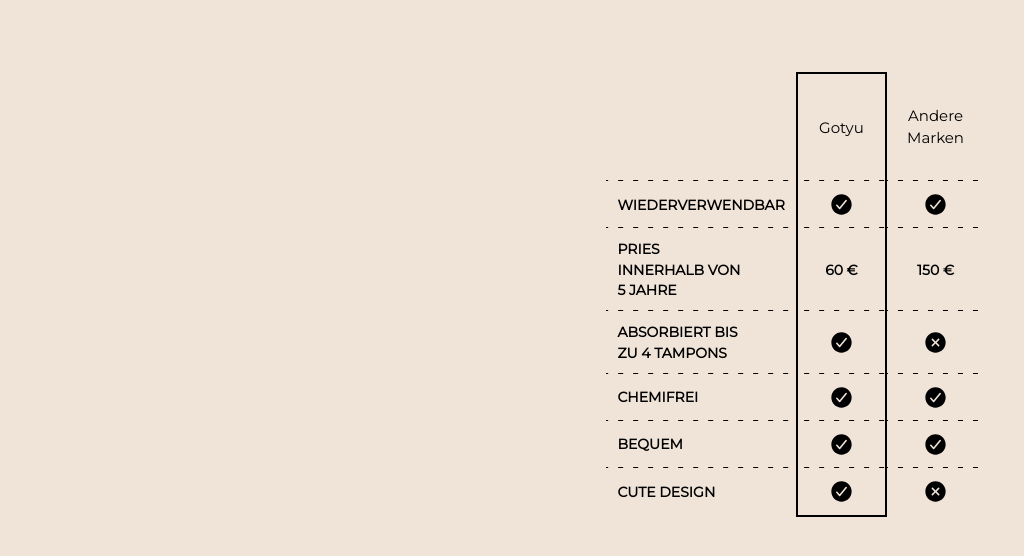
Repository: darlino/gotyu_shopify_section
Page: gotyu_table210223/index.html
The author's editor kept a copy of each file at every save. The page is drawn from the files as they stood at one save, then again after the next save.
The browser window is 1024 px wide. The pictures show the whole page.

Above is the page before, as saved 2023-02-21 16:26:48.

After the next save:
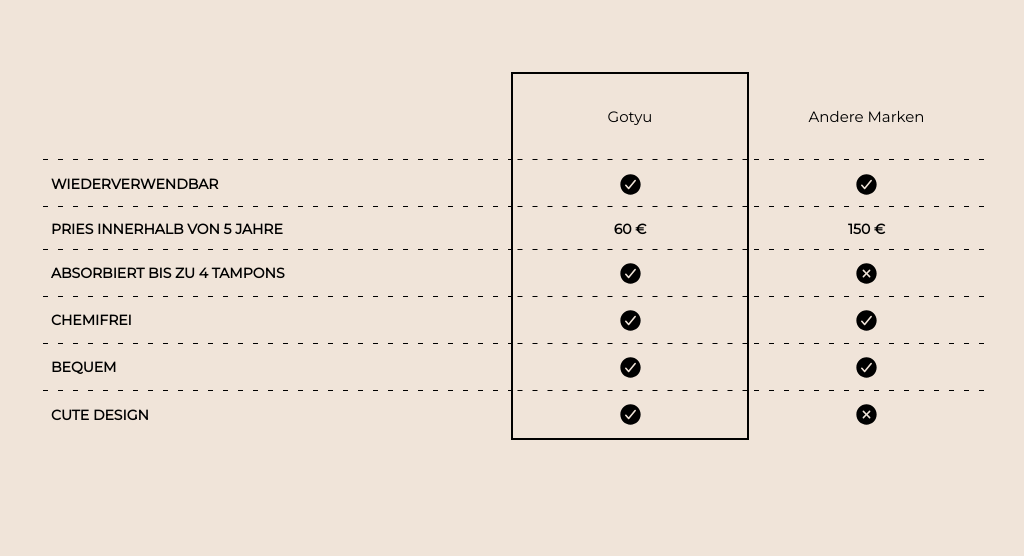
Saved 15 s later.
--- a/gotyu_table210223/style.css
+++ b/gotyu_table210223/style.css
@@ -142,10 +142,9 @@ tbody tr:last-child td {
 }
 @media (max-width: 1100px) {
   #table210223 .container {
-    max-width: 1300px;
     display: flex;
-    float: right;
-    width: 40%;
+    width: 100%;
+    margin: auto;
   }
 }
 /* Tablefooter */
